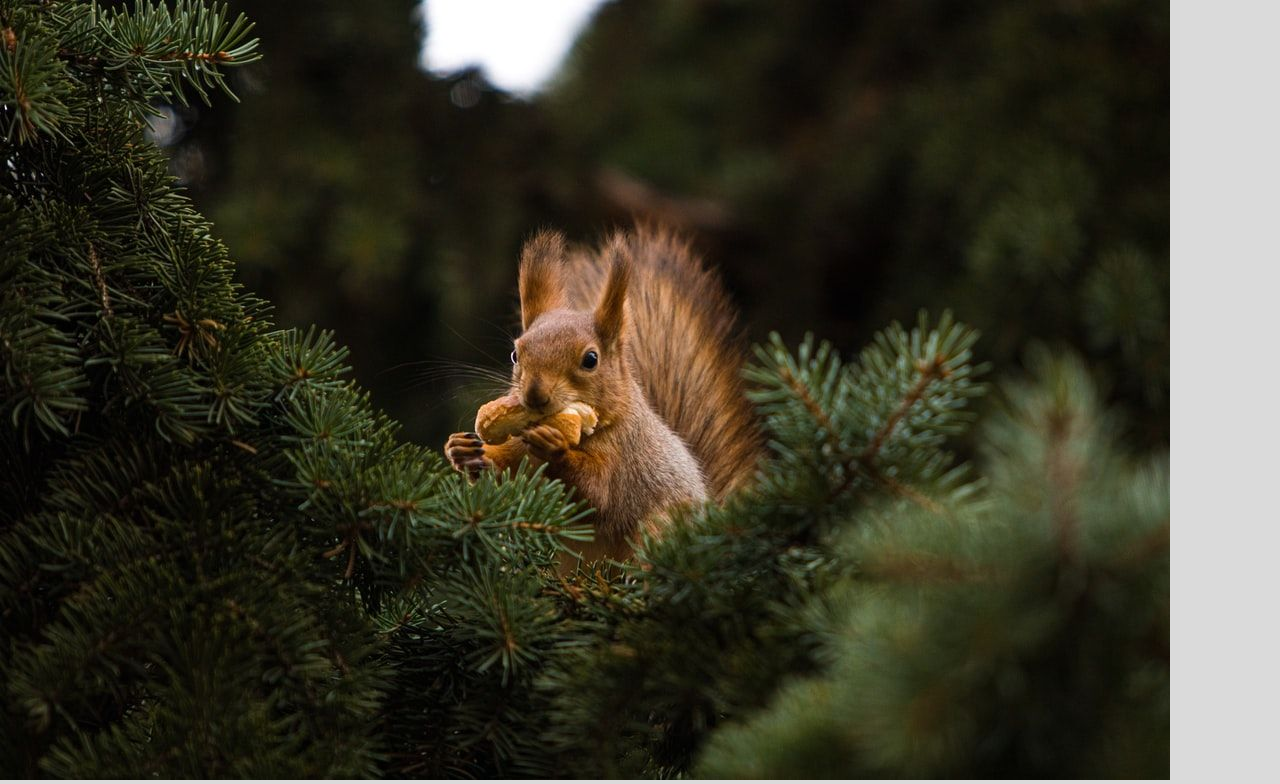
Repository: QUANGTHAI2003/images-gallery
Page: index.html
These files come from the project's save history. The page is drawn as it stood at one moment and after the next save; the edit follows.
The browser window is 1280 px wide. The pictures show the whole page.

Above is the page before, as saved 2022-03-01 15:54:04.

### index.html
<!DOCTYPE html>
<html lang="en">
    <head>
        <meta charset="UTF-8" />
        <meta http-equiv="X-UA-Compatible" content="IE=edge" />
        <meta name="viewport" content="width=device-width, initial-scale=1.0" />
        <title>Image Gallery</title>
        <link rel="stylesheet" href="./style.css" />
        <link
            rel="stylesheet"
            href="https://cdnjs.cloudflare.com/ajax/libs/font-awesome/6.0.0/css/all.min.css"
        />
    </head>
    <body>
        <div class="wrapper">
            <div class="image">
                <img src="./img/img1.jpeg" alt="" />
            </div>
        </div>
    </body>
    <script src="./app.js"></script>
</html>

### style.css
* {
    margin: 0;
    padding: 0;
    box-sizing: border-box;
}

body {
    height: 100vh;
    background: #dadada;
    overflow: hidden;
}

Loaded but not shown: app.js (no stored copy; drawn as an empty file)

After the next save:
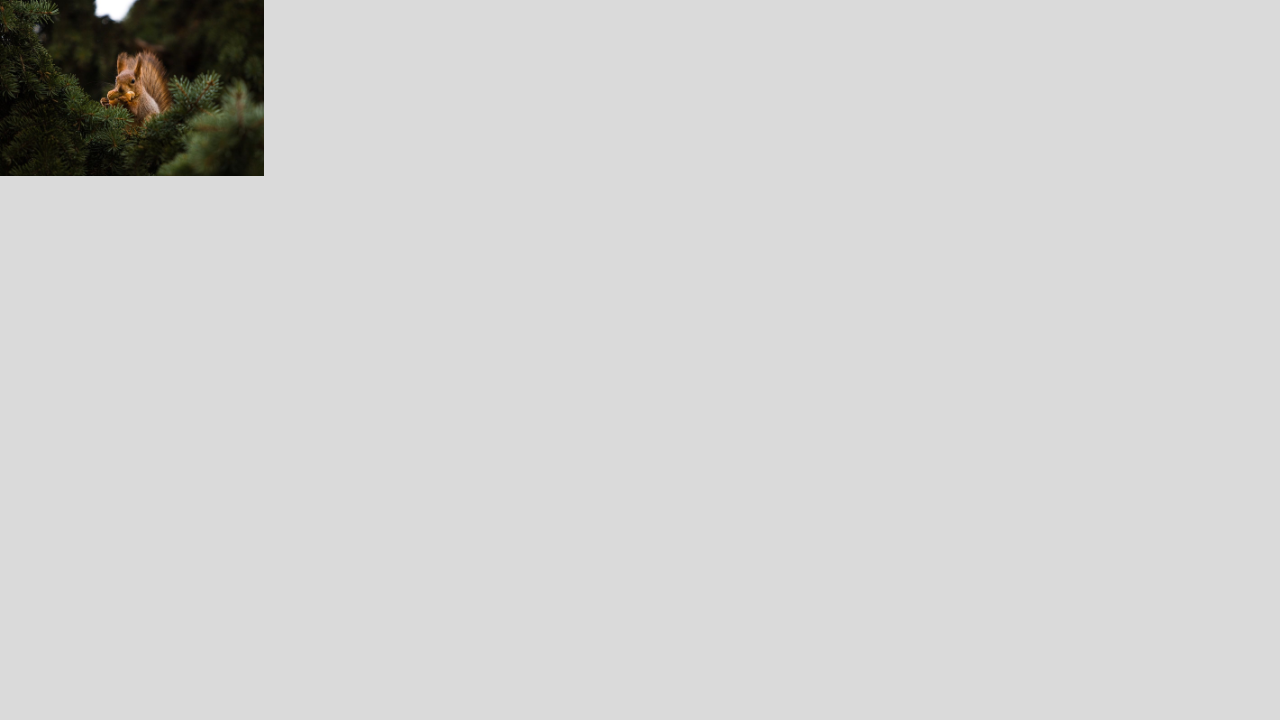
Saved 98 s later.
--- a/style.css
+++ b/style.css
@@ -9,3 +9,18 @@
     background: #dadada;
     overflow: hidden;
 }
+
+.wrapper {
+    width: 1200px;
+}
+
+img {
+    width: 100%;
+    height: 100%;
+    object-position: center;
+    object-fit: cover;
+}
+
+.image {
+    width: 22%;
+}
